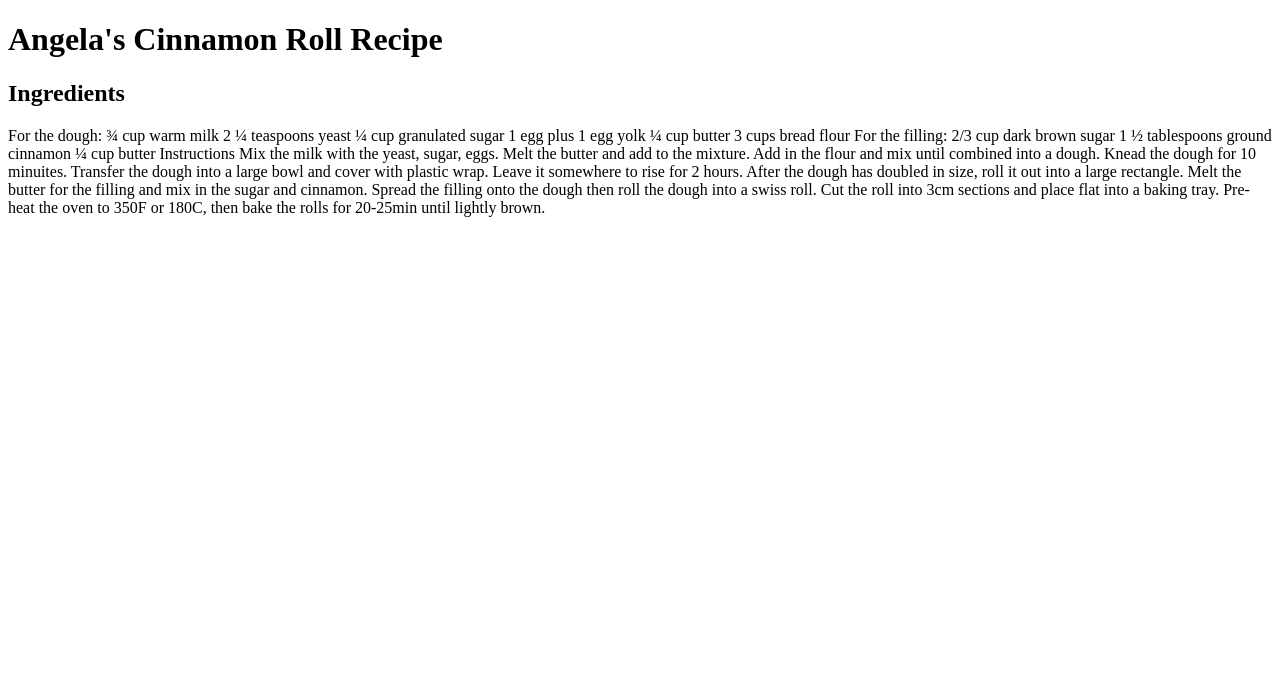
Repository: logan-lampton/python
Page: web-foundation/intermediate-html/list.html
These files come from the project's save history. The page is drawn as it stood at one moment and after the next save; the edit follows.
The browser window is 1280 px wide. The pictures show the whole page.

Above is the page before, as saved 2023-08-24 12:18:16.

### web-foundation/intermediate-html/list.html
<!DOCTYPE html>
<html lang="en">
  <head>
    <meta charset="UTF-8" />
    <meta name="viewport" content="width=device-width, initial-scale=1.0" />
    <title>Document</title>
  </head>
  <body>
    <h1>Angela's Cinnamon Roll Recipe</h1>

    <h2>Ingredients</h2>

    For the dough: ¾ cup warm milk 2 ¼ teaspoons yeast ¼ cup granulated sugar 1
    egg plus 1 egg yolk ¼ cup butter 3 cups bread flour For the filling: 2/3 cup
    dark brown sugar 1 ½ tablespoons ground cinnamon ¼ cup butter Instructions
    Mix the milk with the yeast, sugar, eggs. Melt the butter and add to the
    mixture. Add in the flour and mix until combined into a dough. Knead the
    dough for 10 minuites. Transfer the dough into a large bowl and cover with
    plastic wrap. Leave it somewhere to rise for 2 hours. After the dough has
    doubled in size, roll it out into a large rectangle. Melt the butter for the
    filling and mix in the sugar and cinnamon. Spread the filling onto the dough
    then roll the dough into a swiss roll. Cut the roll into 3cm sections and
    place flat into a baking tray. Pre-heat the oven to 350F or 180C, then bake
    the rolls for 20-25min until lightly brown.
  </body>
</html>

After the next save:
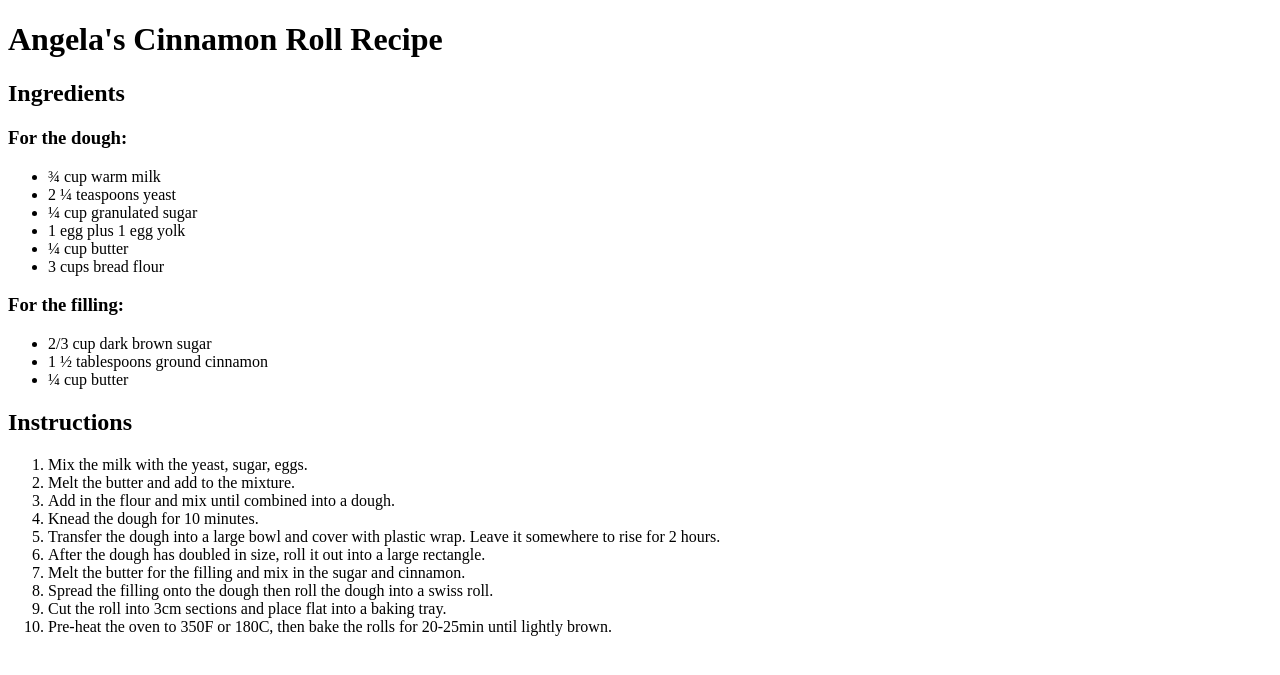
Saved 3 min 44 s later.
--- a/web-foundation/intermediate-html/list.html
+++ b/web-foundation/intermediate-html/list.html
@@ -10,17 +10,47 @@
 
     <h2>Ingredients</h2>
 
-    For the dough: ¾ cup warm milk 2 ¼ teaspoons yeast ¼ cup granulated sugar 1
-    egg plus 1 egg yolk ¼ cup butter 3 cups bread flour For the filling: 2/3 cup
-    dark brown sugar 1 ½ tablespoons ground cinnamon ¼ cup butter Instructions
-    Mix the milk with the yeast, sugar, eggs. Melt the butter and add to the
-    mixture. Add in the flour and mix until combined into a dough. Knead the
-    dough for 10 minuites. Transfer the dough into a large bowl and cover with
-    plastic wrap. Leave it somewhere to rise for 2 hours. After the dough has
-    doubled in size, roll it out into a large rectangle. Melt the butter for the
-    filling and mix in the sugar and cinnamon. Spread the filling onto the dough
-    then roll the dough into a swiss roll. Cut the roll into 3cm sections and
-    place flat into a baking tray. Pre-heat the oven to 350F or 180C, then bake
-    the rolls for 20-25min until lightly brown.
+    <h3>For the dough:</h3>
+    <ul>
+      <li>¾ cup warm milk</li>
+      <li>2 ¼ teaspoons yeast</li>
+      <li>¼ cup granulated sugar</li>
+      <li>1 egg plus 1 egg yolk</li>
+      <li>¼ cup butter</li>
+      <li>3 cups bread flour</li>
+    </ul>
+
+    <h3>For the filling:</h3>
+    <ul>
+      <li>2/3 cup dark brown sugar</li>
+      <li>1 ½ tablespoons ground cinnamon</li>
+      <li>¼ cup butter</li>
+    </ul>
+
+    <h2>Instructions</h2>
+    <ol>
+      <li>Mix the milk with the yeast, sugar, eggs.</li>
+      <li>Melt the butter and add to the mixture.</li>
+      <li>Add in the flour and mix until combined into a dough.</li>
+      <li>Knead the dough for 10 minutes.</li>
+      <li>
+        Transfer the dough into a large bowl and cover with plastic wrap. Leave
+        it somewhere to rise for 2 hours.
+      </li>
+      <li>
+        After the dough has doubled in size, roll it out into a large rectangle.
+      </li>
+      <li>
+        Melt the butter for the filling and mix in the sugar and cinnamon.
+      </li>
+      <li>
+        Spread the filling onto the dough then roll the dough into a swiss roll.
+      </li>
+      <li>Cut the roll into 3cm sections and place flat into a baking tray.</li>
+      <li>
+        Pre-heat the oven to 350F or 180C, then bake the rolls for 20-25min
+        until lightly brown.
+      </li>
+    </ol>
   </body>
 </html>
